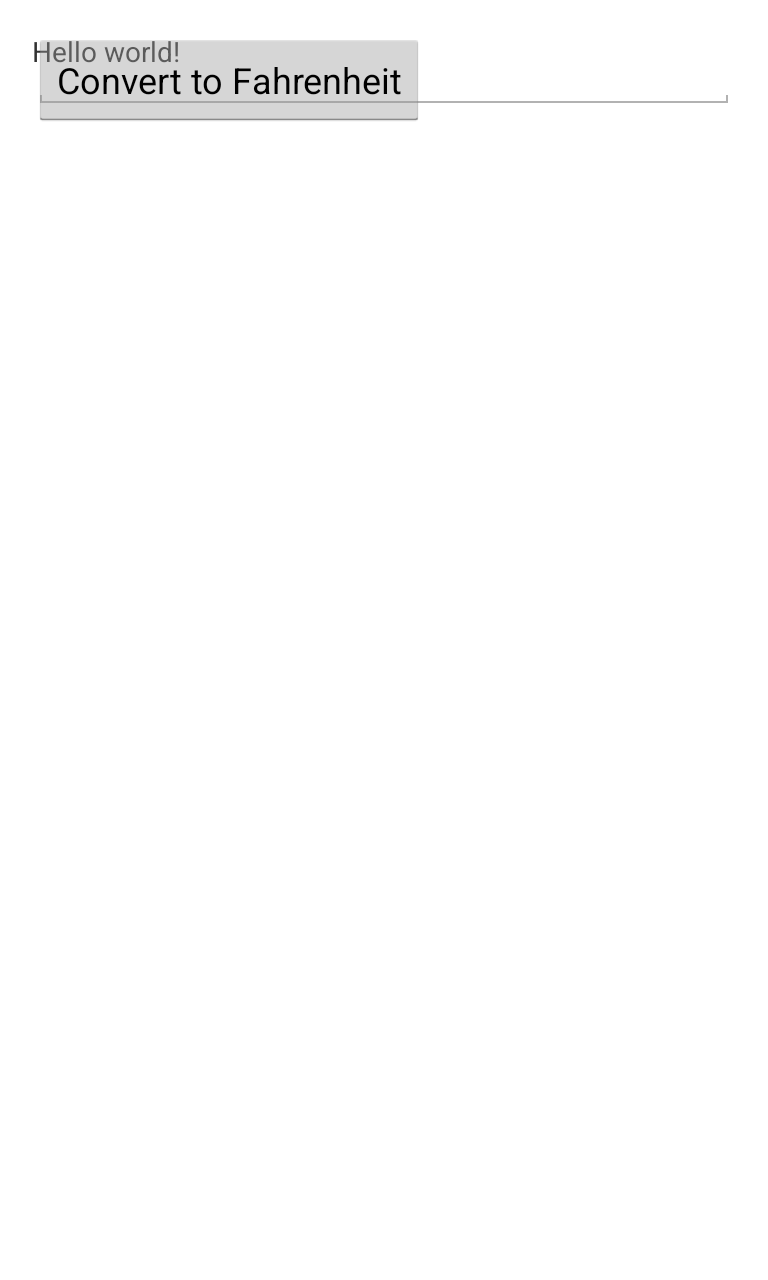
Repository: PatKelsh/IS-413
Layout: TempertureIntents/res/layout/activity_display.xml
The author's editor kept a copy of each file at every save. The layout is drawn from the files as they stood at one save, then again after the next save.
It is drawn on a 768 x 1280 px phone screen (xhdpi) without system bars, with theme AppTheme; the app's code is not run.

Above is the layout before, as saved 2015-03-04 03:33:51.

### TempertureIntents/res/layout/activity_display.xml
<RelativeLayout xmlns:android="http://schemas.android.com/apk/res/android"
    xmlns:tools="http://schemas.android.com/tools"
    android:layout_width="match_parent"
    android:layout_height="match_parent"
    android:paddingBottom="@dimen/activity_vertical_margin"
    android:paddingLeft="@dimen/activity_horizontal_margin"
    android:paddingRight="@dimen/activity_horizontal_margin"
    android:paddingTop="@dimen/activity_vertical_margin"
    tools:context="com.is413.tempertureintents.DisplayActivity" >

    <TextView
        android:layout_width="wrap_content"
        android:layout_height="wrap_content"
        android:text="@string/hello_world" />

    <EditText
        android:id="@+id/entry"
        android:layout_height="wrap_content"
        android:layout_width="fill_parent"
        android:inputType="number"	/>

    <Button
        android:id="@+id/fButton"
        android:layout_height="wrap_content"
        android:layout_width="wrap_content"
        android:text="@string/fButton" />

</RelativeLayout>

### TempertureIntents/res/values/strings.xml
<?xml version="1.0" encoding="utf-8"?>
<resources>

    <string name="app_name">Temperature Intents</string>
    <string name="hello_world">Hello world!</string>
    <string name="action_settings">Settings</string>

    <string name="fButton">Convert to Fahrenheit</string>
    <string name="cButton">Convert to Celsius</string>

</resources>

Loaded but not shown: TempertureIntents/res/values/styles.xml (common file); TempertureIntents/res/values-v11/styles.xml (common file); TempertureIntents/res/values-v14/styles.xml (common file); TempertureIntents/res/values/dimens.xml (common file); TempertureIntents/res/values-w820dp/dimens.xml (common file)

After the next save:
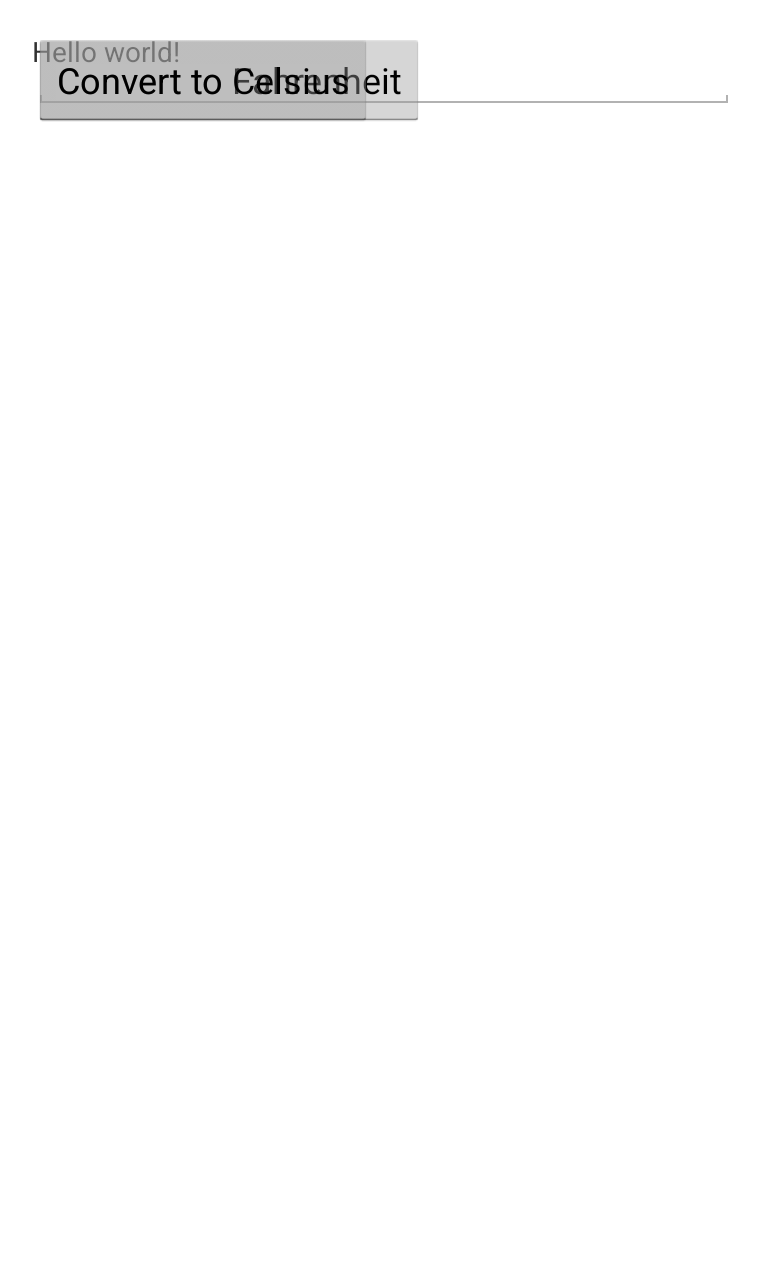
Saved 19 s later.
--- a/TempertureIntents/res/layout/activity_display.xml
+++ b/TempertureIntents/res/layout/activity_display.xml
@@ -25,4 +25,10 @@
         android:layout_width="wrap_content"
         android:text="@string/fButton" />
 
+    <Button
+        android:id="@+id/cButton"
+        android:layout_height="wrap_content"
+        android:layout_width="wrap_content"
+        android:text="@string/cButton" />
+
 </RelativeLayout>
